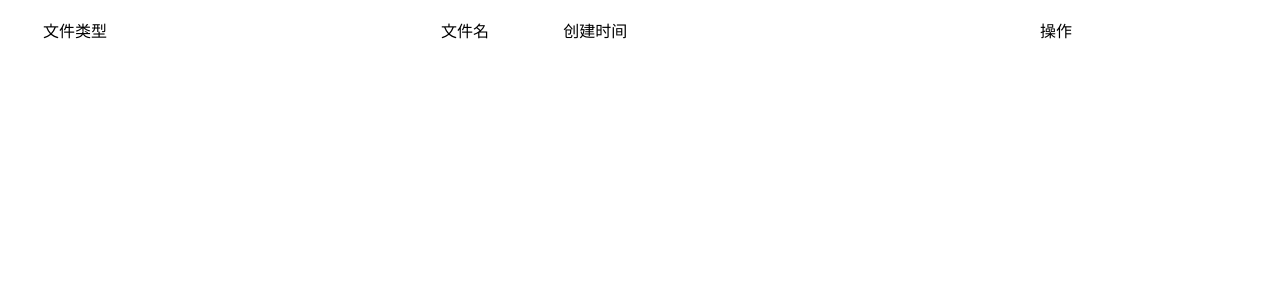
Repository: dingyuanzheng/webserver
Page: http://localhost/mock/fileList.jsp
These files come from the project's save history. The page is drawn as it stood at one moment and after the next save; the edit follows.
The browser window is 1280 px wide. The pictures show the whole page.
The page is served by Tomcat 9. Other server files are loaded and not shown.

Above is the page before, as saved 2018-08-30 03:29:12.

### mock/WebRoot/fileList.jsp
<%@ page language="java" import="java.util.*" pageEncoding="utf-8"%>
<%
String path = request.getContextPath();
String basePath = request.getScheme()+"://"+request.getServerName()+":"+request.getServerPort()+path+"/";
%>

<!DOCTYPE HTML PUBLIC "-//W3C//DTD HTML 4.01 Transitional//EN">
<html>
  <head>
    <base href="<%=basePath%>">

    <title>爱学习资源服务</title>
	<meta http-equiv="pragma" content="no-cache">
	<meta http-equiv="cache-control" content="no-cache">
	<meta http-equiv="expires" content="0">
	<meta http-equiv="keywords" content="keyword1,keyword2,keyword3">
	<meta http-equiv="description" content="This is my page">

	<style type="text/css">
        #container {
            width: 1200px;
            margin-left: auto;
            margin-right: auto;
        }

        .mockName {
            height: 40px;
            width: 400px;
        }

        .mockUser {
            height: 40px;
            width: 120px;
        }

        .mockUrl {
            height: 40px;
            width: 480px;
        }
        .change{
            height: 40px;
            width: 200px;
        }
    </style>

  </head>

  <body>
  		 <div id="container">
		    <table>
		        <tr class="mockItem">
		            <td class="mockName">文件类型</td>
		            <td class="mockUser">文件名</td>
		            <td class="mockUrl">创建时间</td>
		            <td class="change">操作</td>
		        </tr>
		    </table>
		</div>
  </body>
</html>

After the next save:
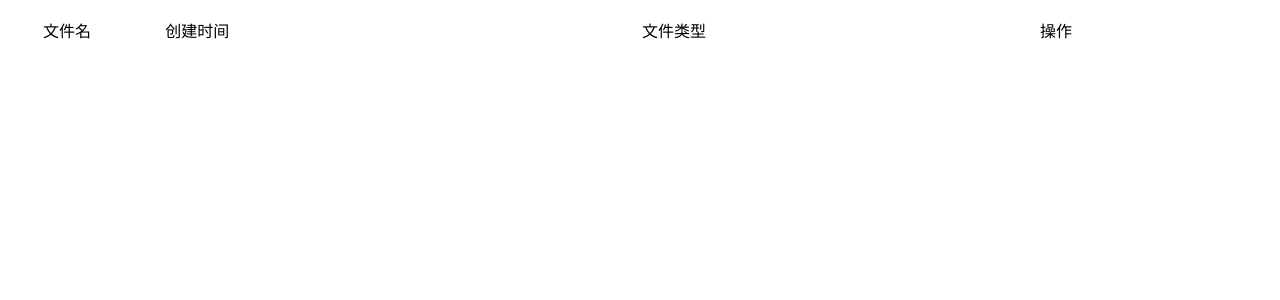
Saved 23 s later.
--- a/mock/WebRoot/fileList.jsp
+++ b/mock/WebRoot/fileList.jsp
@@ -49,9 +49,10 @@ String basePath = request.getScheme()+"://"+request.getServerName()+":"+request.
   		 <div id="container">
 		    <table>
 		        <tr class="mockItem">
-		            <td class="mockName">文件类型</td>
+
 		            <td class="mockUser">文件名</td>
 		            <td class="mockUrl">创建时间</td>
+		            <td class="mockName">文件类型</td>
 		            <td class="change">操作</td>
 		        </tr>
 		    </table>
